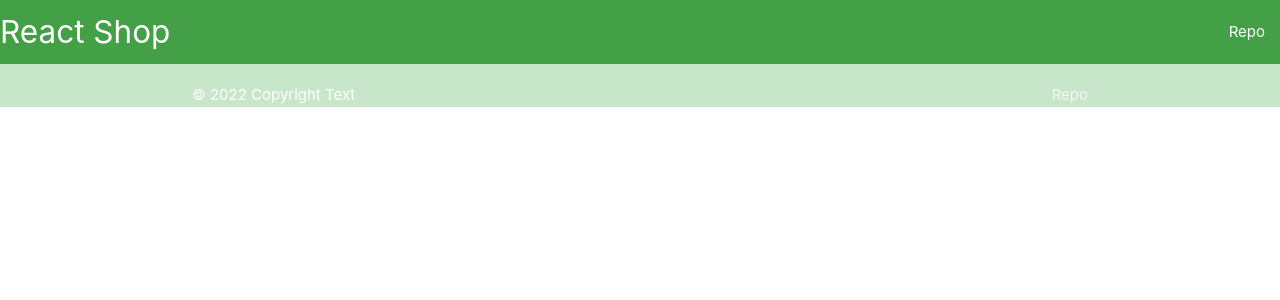
Repository: max535/react-shop-project
Page: /
An editor plug-in stored every save of this project. The page is shown before and after the next save, followed by the edit.
The browser window is 1280 px wide. The pictures show the whole page.
The project was rebuilt for these pictures with package versions that can differ from the ones it lists, and the page was loaded fresh each time.

Above is the page before, as saved 2022-07-01 23:40:53.

After the next save:
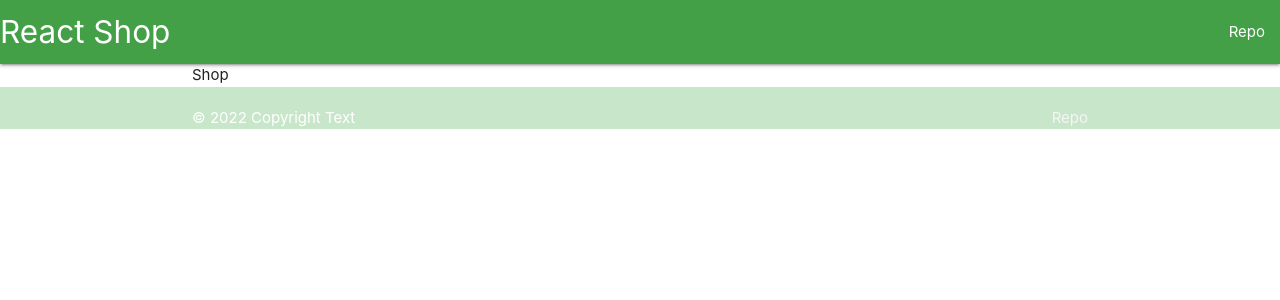
Saved 2 min 5 s later.
--- a/src/components/Shop.jsx
+++ b/src/components/Shop.jsx
@@ -1,7 +1,7 @@
 export function Shop() {
     return (
         <main className="container content">
-
+            Shop
         </main>
     );
 }
